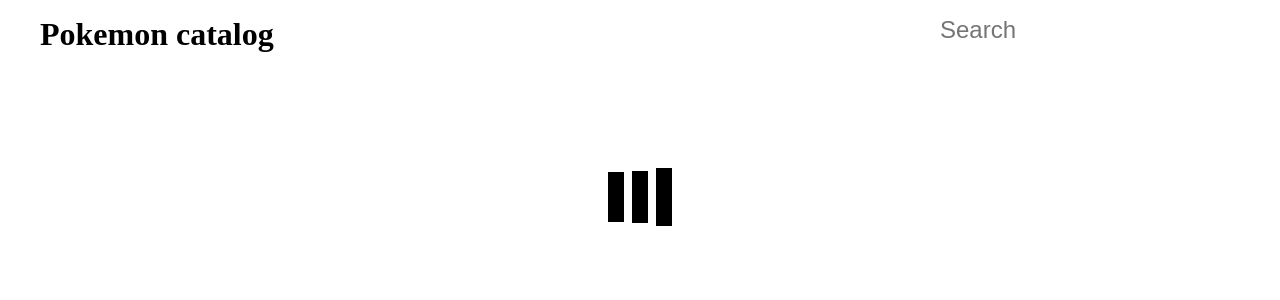
Repository: Ryszard-Penkala/pokemon-API
Page: index.html
These files come from the project's save history. The page is drawn as it stood at one moment and after the next save; the edit follows.
The browser window is 1280 px wide. The pictures show the whole page.
The page's requests for data from a server got no answer.

Above is the page before, as saved 2020-06-28 18:07:03.

### index.html
<!DOCTYPE html>
<html lang="en">
<head>
    <meta charset="UTF-8">
    <meta name="viewport" content="width=device-width, initial-scale=1.0">
    <link href="https://fonts.googleapis.com/css2?family=Lato:wght@400;700&amp;display=swap" rel="stylesheet">
    <link rel="stylesheet" href="assets/styles/styles.css">
    <title>Pokemon API</title>
</head>
<body>
    <main class="pokemon-app">
        <header class="header-main pokemon-app__header">
            <div class="header-main__catalog">
                <h1 class="header-main__heading">Pokemon catalog</h1>
            </div>
            <div class="header-main__search-bar">
                <input class="header-main__searching header-main__searching--active" type="text" name="search" id="search" placeholder="Search" autocomplete="off">
                <label for="search" class="header-main__search-label">Search</label>
            </div>
        </header>
        <section class="section-main pokemon-app__section" data-content>

        </section>
        <footer class="footer-main pokemon-app__footer">
            <div class="footer-main__load-bar">
                <button class="footer-main__load-button" data-load-button>Load more</button>
                <div class="footer-main__loader hidden" data-loader><div></div><div></div><div></div></div>
            </div>

        </footer>
    </main>


    <script src="assets/js/script.js"></script>
    <script>
        const Catalog = new pokemonAPICatalog();
        Catalog.init();
    </script>
</body>
</html>

### assets/styles/styles.css
*, *::before, *::after{
    margin: 0;
    padding: 0;
    box-sizing: border-box;
}
.body{
    display: flex;
    font-family: "Lato", sans-serif;
}

.pokemon-app{
    max-width: 1200px;
    margin: 0 auto;
}

.header-main{
    display: flex;
    justify-content: space-between;
    padding: 1rem 0;
}

.header-mian__catalog{
    display: inline-block;
}

.header-main__search-bar{
    display: flex;
    flex-direction: column;
}

.header-main__searching{
  border: none;
  width: 300px;
  font-size: 24px;
}

.header-main__searching:focus{
  outline: none;
}

.header-main__search-label{
  display: none;
}

.section-main{
    display: grid;
    grid-gap: 25px;
    grid-template-columns: repeat(auto-fit, minmax(250px, 1fr));
}
.section-main__card{
    width: 250px;
    margin: 0 auto;
}
.card__header{
    display: flex;
    justify-content: space-between;
    line-height: 24px;
}

.card__name{
    font-size: 24px;
}

.card__image{
    width: 250px;
}

.card--bold{
    font-weight: 700;
}

.footer-main__load-button{
  display: block;
  margin: 5rem auto;
  height: 5rem;
  width: 20rem;
  font-size: 24px;
  border: 5px solid;
  cursor: pointer;
}

.footer-main__load-button:hover{
  color: white;
  background-color: black;
  border: 5px solid black;
}

.footer-main__loader {
    display: block;
    position: relative;
    width: 80px;
    height: 5rem;
    margin: 5rem auto;
  }
  .footer-main__loader div {
    display: inline-block;
    position: absolute;
    left: 8px;
    width: 16px;
    background: #000;
    animation: footer-main__loader 1.2s cubic-bezier(0, 0.5, 0.5, 1) infinite;
  }
  .footer-main__loader div:nth-child(1) {
    left: 8px;
    animation-delay: -0.24s;
  }
  .footer-main__loader div:nth-child(2) {
    left: 32px;
    animation-delay: -0.12s;
  }
  .footer-main__loader div:nth-child(3) {
    left: 56px;
    animation-delay: 0;
  }
  @keyframes footer-main__loader {
    0% {
      top: 8px;
      height: 5rem;
    }
    50%, 100% {
      top: 24px;
      height: 3rem;
    }
  }

.hidden{
    display: none;
    background-color: green;
  }

### assets/js/script.js
class pokemonAPICatalog {
    constructor() {
        this.catalog = null;
        this.cards = [];
        this.page = 1;

        this.API = "https://api.pokemontcg.io";
        this.API_VERSION= "v1";
        this.API_RESOURCE = "cards?pageSize=4&page=2";
        this.API_PAGE_SIZE = "pageSize=4"
        this.API_PAGE = "page="

        this.API_ENDPOINT = `${this.API}/${this.API_VERSION}/${this.API_RESOURCE}?${this.API_PAGE_SIZE}&${this.API_PAGE}${this.page}`;

        this.UiSelectors = {
            content : `[data-content]`,
            loadButton : `[data-load-button]`,
            loader : `[data-loader]`
        }
    }
    init(){
        this.catalog = document.querySelector(this.UiSelectors.content);
        this.loadButton = document.querySelector(this.UiSelectors.loadButton);
        this.loader = document.querySelector(this.UiSelectors.loader);
        this.pullCards(this.API_ENDPOINT);
        this.loadButton.addEventListener("click",()=>{
            this.updateAPI_ENDPOINT();
            this.pullCards(this.API_ENDPOINT);
        })
    }

    updateAPI_ENDPOINT(){
        this.page ++;
        this.API_ENDPOINT = `${this.API}/${this.API_VERSION}/${this.API_RESOURCE}?${this.API_PAGE_SIZE}&${this.API_PAGE}${this.page}`;
    }

    updateClassList(){
        this.loadButton.classList.toggle('hidden');
        this.loader.classList.toggle('hidden');
    }

    async pullCards(url){
        this.updateClassList();
        const { cards } = await this.fetchData(url)
        this.cards = [...cards];
        this.addCards(this.cards);
        this.updateClassList();
    }


    async fetchData(url){
        const response = await fetch(url);
        const parsedResponse = await response.json();

        return parsedResponse;
    }

    addCards(cards){
        this.cards.map(card => {
            this.catalog.insertAdjacentHTML("beforeend", this.drawCard(card))
        });
    }

    drawCard(card){
        return(
            `<span class="section-main__card">
                <header class="card__header">
                    <span class="card__name card--bold">${card.name}</span>
                    <span class="card__id">Nr: ${card.number}</span>
                </header>
                <img src=${card.imageUrl} class="card__image">
                <footer class="card_footer">
                    <div class="card__supertype">
                        <span class="card__supertype card--bold">Supertype : </span>
                        ${card.supertype}
                    </div>
                    <div class="card__subtype">
                        <span class="card__subtype card--bold">Subtype : </span>
                        ${card.subtype}
                    </div>
                    <div class="card__rarity">
                        <span class="card__rarity card--bold">Rarity : </span>
                        ${card.rarity}
                    </div>
                </footer>
            </span>`
        )
    }
}

After the next save:
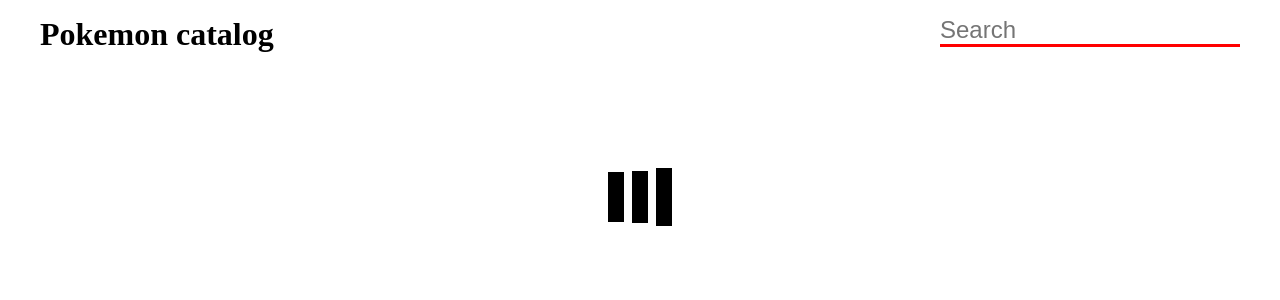
Saved 28 s later.
--- a/assets/styles/styles.css
+++ b/assets/styles/styles.css
@@ -32,6 +32,7 @@
   border: none;
   width: 300px;
   font-size: 24px;
+  border-bottom: 3px solid red;
 }
 
 .header-main__searching:focus{
